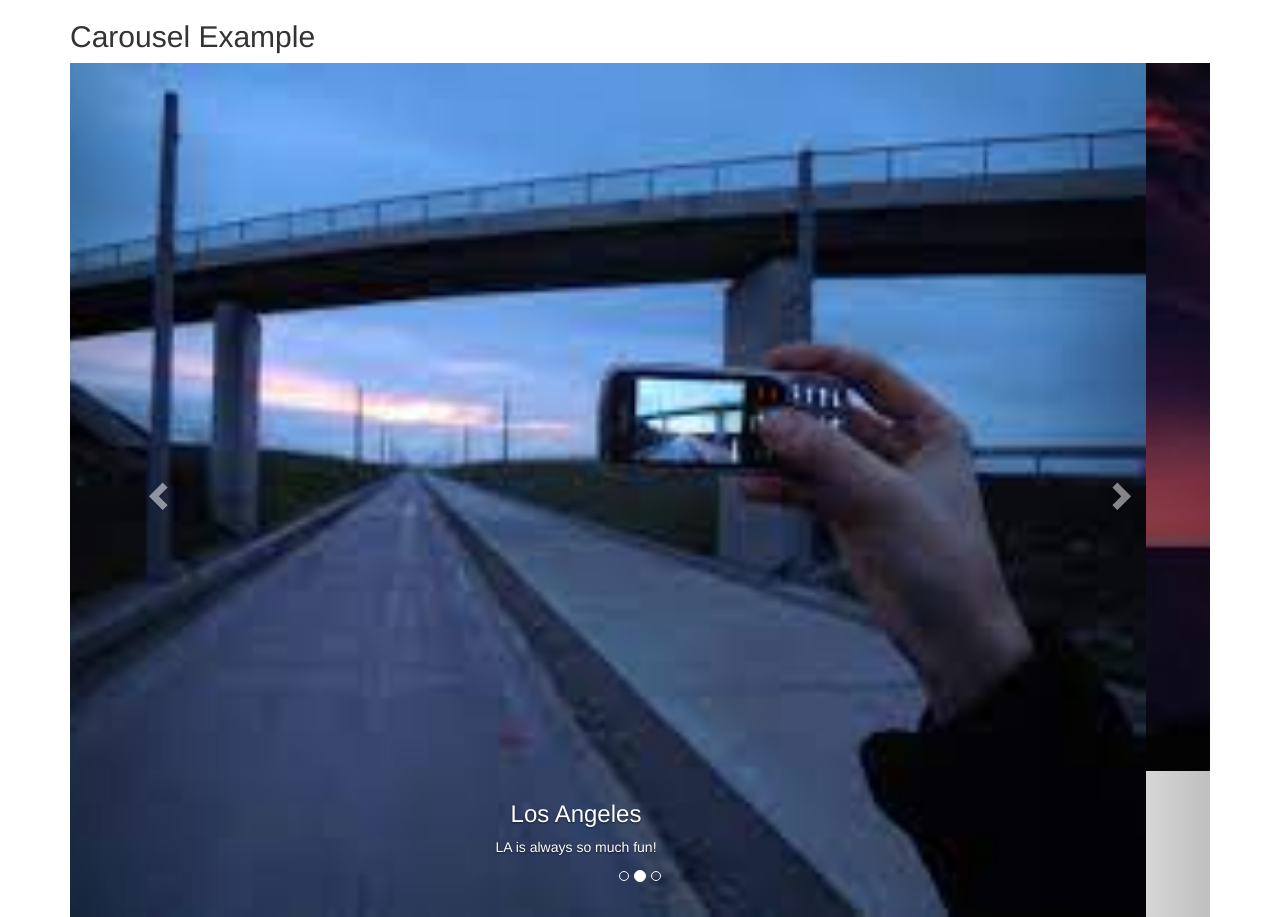
Repository: acciojob/bootstrap-carousel-vandanayadav15
Page: main.html
These files come from the project's save history. The page is drawn as it stood at one moment and after the next save; the edit follows.
The browser window is 1280 px wide. The pictures show the whole page.

Above is the page before, as saved 2022-10-28 12:16:44.

After the next save:
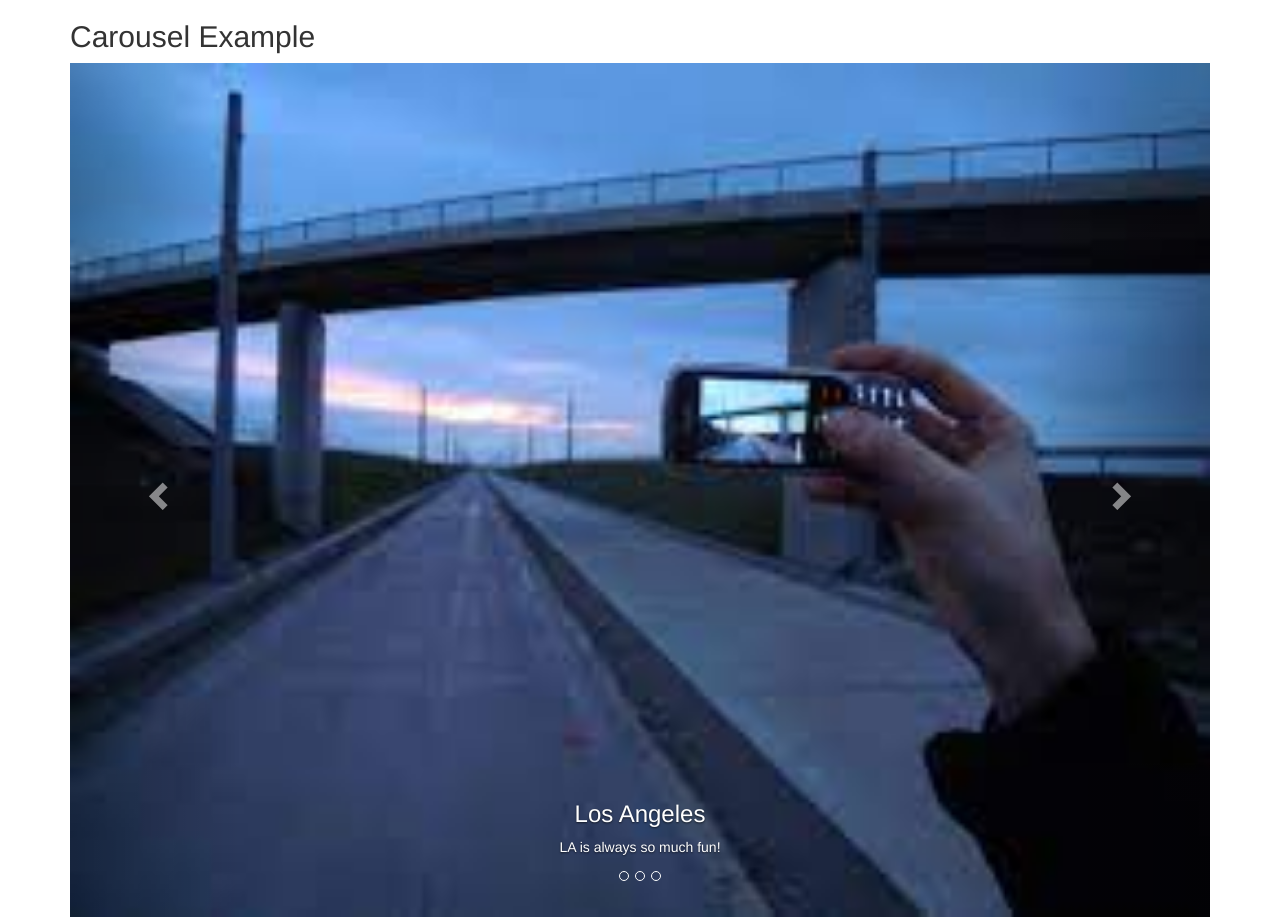
Saved 14 min 38 s later.
--- a/main.html
+++ b/main.html
@@ -25,7 +25,7 @@
 			<!-- Wrapper for slides -->
 			<div class="carousel-inner">
 
-				<div class="item active">
+				<div class="first-slide">
 					<img src="data:[embedded picture, 7255 characters]"
 						alt="Los Angeles" style="width:100%;">
 					<div class="carousel-caption">
